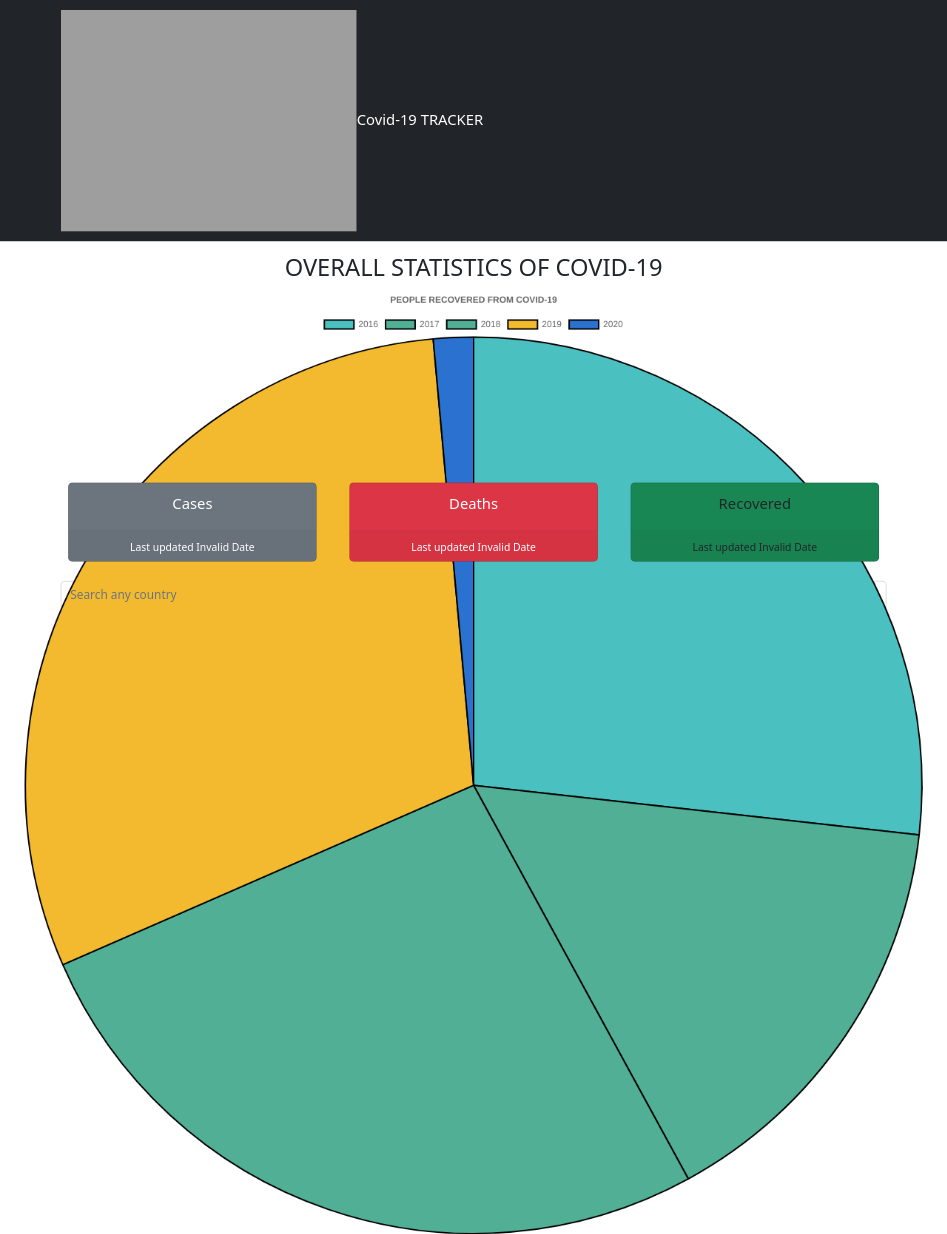
Repository: azizdeghais/CovidTracker
Page: /
The author's editor kept a copy of each file at every save. The page is drawn from the files as they stood at one save, then again after the next save.
The browser window is 1280 px wide. The pictures show the whole page, at 74% of full size.
Pictures or frames that could not be fetched are drawn as grey boxes. The page's requests for data from a server got no answer. The project was rebuilt for these pictures with package versions that can differ from the ones it lists, and the page was loaded fresh each time. No one was signed in, and anything a server would have sent is missing. Also part of the build but not shown: vite.config.js.

Above is the page before, as saved 2023-03-10 17:33:16.

### index.html
<!DOCTYPE html>
<html lang="en">
  <head>
    <meta charset="UTF-8" />
    <link rel="icon" type="image/svg+xml" href="/vite.svg" />
    <meta name="viewport" content="width=device-width, initial-scale=1.0" />
    <title>Covid-19 Tracker</title>

  </head>
  <body>
    <div id="root"></div>
    <script type="module" src="/src/main.jsx"></script>
  </body>
</html>

### src/main.jsx
import React from 'react'
import ReactDOM from 'react-dom/client'
import App from './App'
import 'bootstrap/dist/css/bootstrap.min.css';


ReactDOM.createRoot(document.getElementById('root')).render(
  <React.StrictMode>
    <App />
  </React.StrictMode>,
)

### src/App.jsx
import React, { useEffect,useState } from 'react'

import Chart from "chart.js/auto";
import { CategoryScale } from "chart.js";
import PieChart from './components/PieChart';
import { Data } from './utils/Data';


import axios from 'axios'
import Container from 'react-bootstrap/Container';
import Row from 'react-bootstrap/Row';
import Col from 'react-bootstrap/Col';
import Card from 'react-bootstrap/Card';
import Stack from 'react-bootstrap/Stack';
import Form from 'react-bootstrap/Form';



import './App.css'
import Nav from './components/Nav';



Chart.register(CategoryScale);


function App() {

  const [chartData, setChartData] = useState({
    labels: Data.map((data) => data.year),
    datasets: [
      {
        label: "Users Gained ",
        data: Data.map((data) => data.userGain),
        backgroundColor: [
          "rgba(75,192,192,1)",
          "#50AF95",
          "#50AF95",
          "#f3ba2f",
          "#2a71d0"
        ],
        borderColor: "black",
        borderWidth: 2
      }
    ]
  })
  const [latest,setLatest]=useState([])
  const [results,setResults]=useState([])
  const [searchCountries,setSearchCountries]=useState('')


  useEffect(()=>{
    axios.all([
      axios.get('https://corona.lmao.ninja/v3/covid-19/all'),
      axios.get('https://corona.lmao.ninja/v3/covid-19/countries')
  ])

    .then(resArr=>{
           setLatest(resArr[0].data)
           setResults(resArr[1].data)
    })
    .catch(err=>{
      console.log(err)
    })
  },[])

  const date=new Date(parseInt(latest.updated));
  const lastUpdated=date.toString();

  const filterCountries=results.filter(item=>{
    return searchCountries !== ''
     ? item.country.includes(searchCountries)
     : item
   })

   const countries = filterCountries.map((data,i)=>{
    return (
      <Card
      key={i}
      bg='light'
      text='dark'
      className='text-center'
      style={{margin:'10px'}}
      >
        <Card.Img variant='top' src={data.countryInfo.flag} />
      <Card.Body>
        <Card.Title>{data.country}</Card.Title>
        <Card.Text>Cases: {data.cases}</Card.Text>
        <Card.Text>Deaths: {data.deaths}</Card.Text>
        <Card.Text>Recovered: {data.recovered}</Card.Text>
        <Card.Text>Today's cases: {data.todayCases}</Card.Text>
        <Card.Text>Today's deaths: {data.todayDeaths}</Card.Text>
        <Card.Text>Active {data.active}</Card.Text>


      </Card.Body>

      </Card>

    )
   })




  return (
    <>
    <Nav/>
    <div style={{width:'auto',height:'300px'}}>
        <PieChart chartData={chartData}/>
      </div>
    <Container>



      <Row className='mb-3'>
        <Col>
          <Card className='text-center' bg='secondary' text='white' style={{margin:'10px'}} >
            <Card.Body>
              <Card.Title>Cases</Card.Title>
              <Card.Text>
                {latest.cases}
              </Card.Text>
            </Card.Body>
            <Card.Footer>
              <small>Last updated {lastUpdated}</small>
            </Card.Footer>
          </Card>
        </Col>
        <Col>
          <Card className='text-center' bg='danger' text='white' style={{margin:'10px'}}>
            <Card.Body>
              <Card.Title>Deaths</Card.Title>
              <Card.Text>
                {latest.deaths}
              </Card.Text>
            </Card.Body>
            <Card.Footer>
            <small>Last updated {lastUpdated}</small>

            </Card.Footer>
          </Card>
        </Col>
        <Col>
          <Card className='text-center' bg='success' style={{margin:'10px'}} >
            <Card.Body>
              <Card.Title>Recovered</Card.Title>
              <Card.Text>
               {latest.recovered}
              </Card.Text>
            </Card.Body>
            <Card.Footer>
            <small>Last updated {lastUpdated}</small>

            </Card.Footer>
          </Card>
        </Col>
      </Row>
      <Form className='mb-3'>
      <Form.Group >
        <Form.Control
         type='text'
         placeholder='Search any country'
         onChange={e=> setSearchCountries(e.target.value)} />
      </Form.Group>
      </Form>
      <div className='countries-list'>
      {countries}
      </div>


    </Container>
    </>
  )
}

export default App

### src/components/PieChart.jsx
import React from "react";
import { Pie } from "react-chartjs-2";

function PieChart({ chartData }) {
  return (
    <div className="chart-container">
      <h2 style={{ textAlign: "center" }}>OVERALL STATISTICS OF COVID-19 </h2>
      <Pie
        data={chartData}
        options={{
          plugins: {
            title: {
              display: true,
              text: "PEOPLE RECOVERED FROM COVID-19"
            }
          }
        }}
       width={600}
       height={100}
      />
    </div>
  );
}
export default PieChart;

### src/App.css
.countries-list{
    display:flex;
    flex-direction:row;
    width: '1000px';
    flex-wrap: wrap;
    justify-content: space-between;
}

### src/components/Nav.jsx
import React from 'react'
import Container from 'react-bootstrap/Container';
import Navbar from 'react-bootstrap/Navbar';

const Nav = () => {
  return (
    <>

    <Navbar bg="dark" variant="dark" className='mb-3'>
      <Container>
        <Navbar.Brand href="#home">
        <img src="https://img.icons8.com/color/48/null/coronavirus--v1.png"/>
          Covid-19 TRACKER
        </Navbar.Brand>
      </Container>
    </Navbar>
  </>
  )
}

export default Nav

Loaded but not shown: src/utils/Data.js (common file)

After the next save:
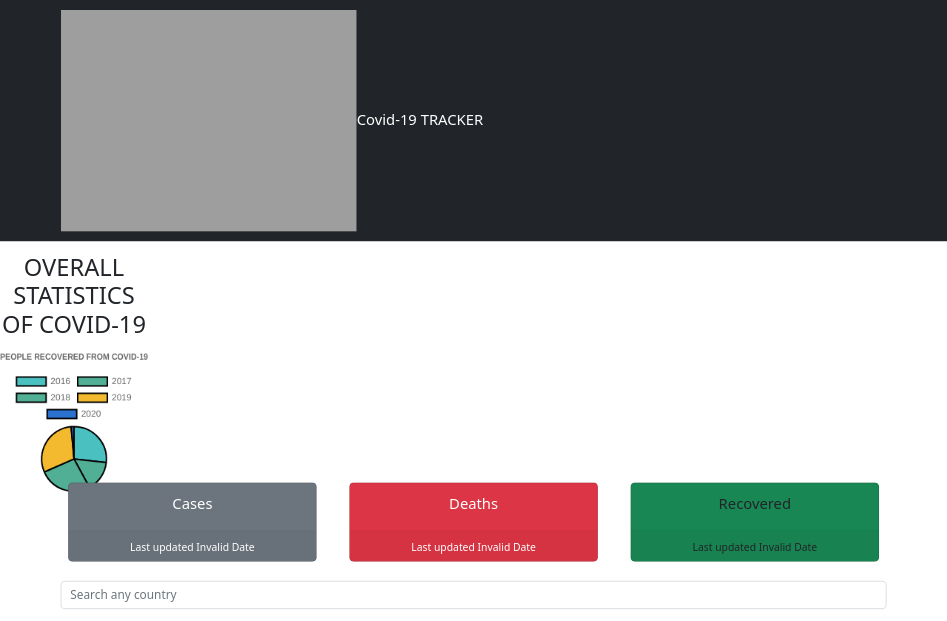
Saved 22 s later.
--- a/src/App.jsx
+++ b/src/App.jsx
@@ -106,9 +106,9 @@ function App() {
   return (
     <>
     <Nav/>
-    <div style={{width:'auto',height:'300px'}}>
+    <div style={{width:'200px',height:'300px'}}>
         <PieChart chartData={chartData}/>
-      </div>
+    </div>
     <Container>
 
 
